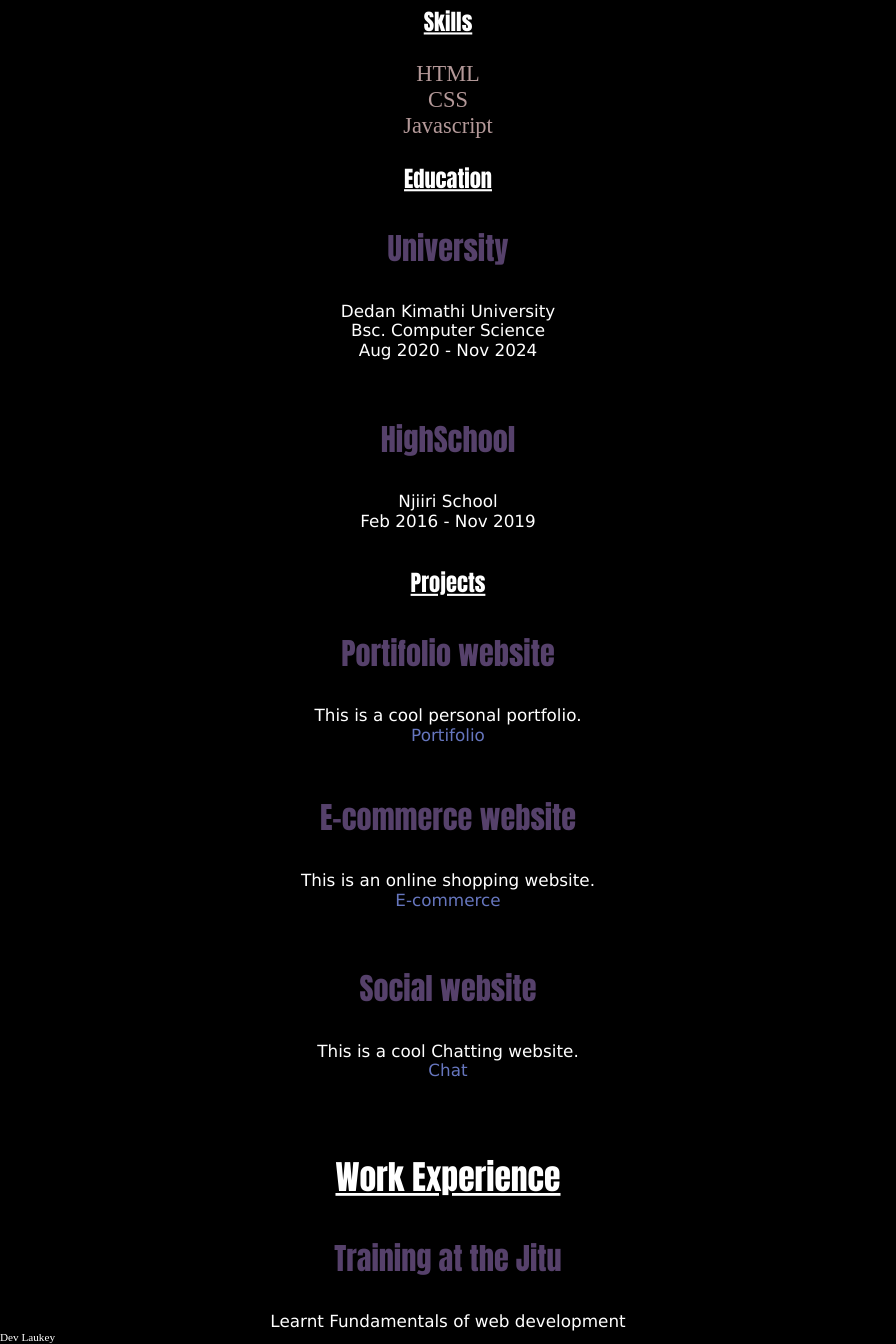
Repository: LaukeyMwaura/Jitu-Day-2
Page: index.html
An editor plug-in stored every save of this project. The page is shown before and after the next save, followed by the edit.
The browser window is 1280 px wide. The pictures show the part of the page from y = 645 to 2565 px (the page is 2565 px tall before and 2474 px after), at 70% of full size.
A picture or video elsewhere on the page could not be fetched, so the positions and the page height are approximate.

Above is the page before, as saved 2022-05-12 00:40:28.

After the next save:
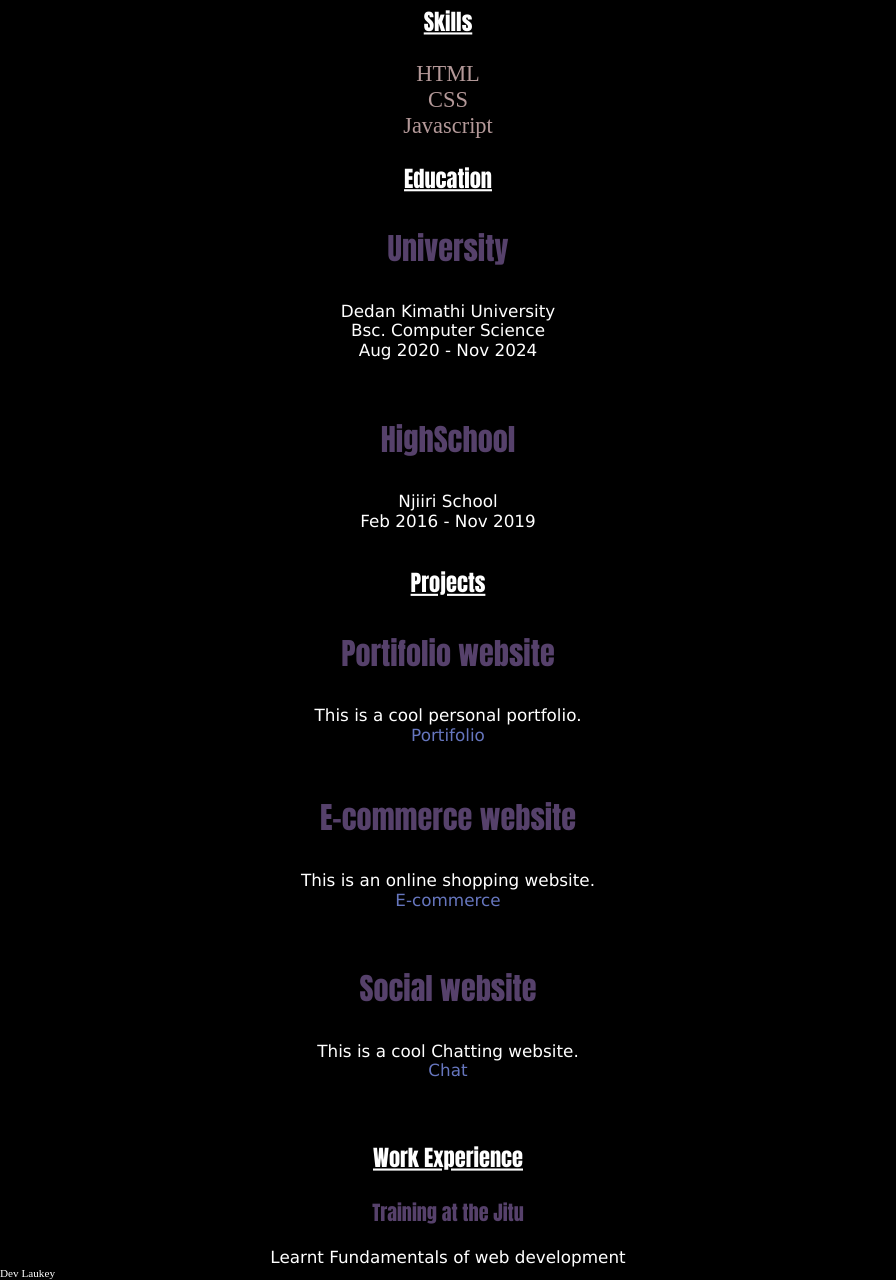
Saved 18 s later.
--- a/index.html
+++ b/index.html
@@ -94,11 +94,11 @@
       </div>
       <br><br><br>
     </div>
-    <div id="work" class="text work">
+    <div id="work" class=" work">
       <h1 class="heading">Work Experience</h1>
       <div>
         <h4 class="subheading"> Training at the Jitu</h4>
-        <p>Learnt Fundamentals of web development</p>
+        <p class="text">Learnt Fundamentals of web development</p>
       </div>
     </div>
 
